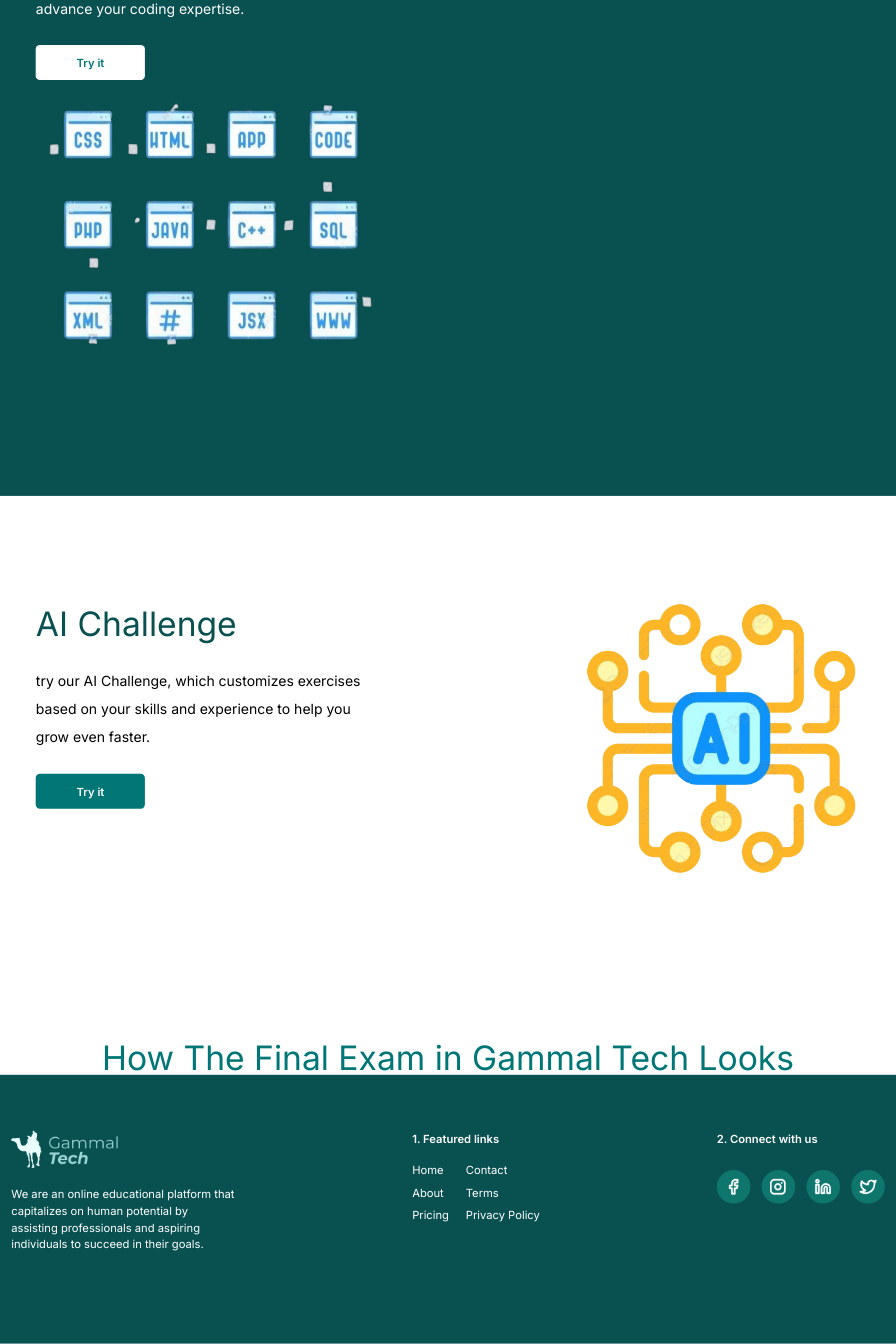
Repository: Ahmed77669/Internship-test
Page: /
The author's editor kept a copy of each file at every save. The page is drawn from the files as they stood at one save, then again after the next save.
The browser window is 1280 px wide. The pictures show the part of the page from y = 1288 to 3208 px (the page is 3208 px tall before and 3186 px after), at 70% of full size.
The project was rebuilt for these pictures with package versions that can differ from the ones it lists, and the page was loaded fresh each time. The framework's server and built-in components were replaced by stand-ins that run in the browser. Also part of the build but not shown: next.config.mjs.

Above is the page before, as saved 2024-10-13 20:03:55.

After the next save:
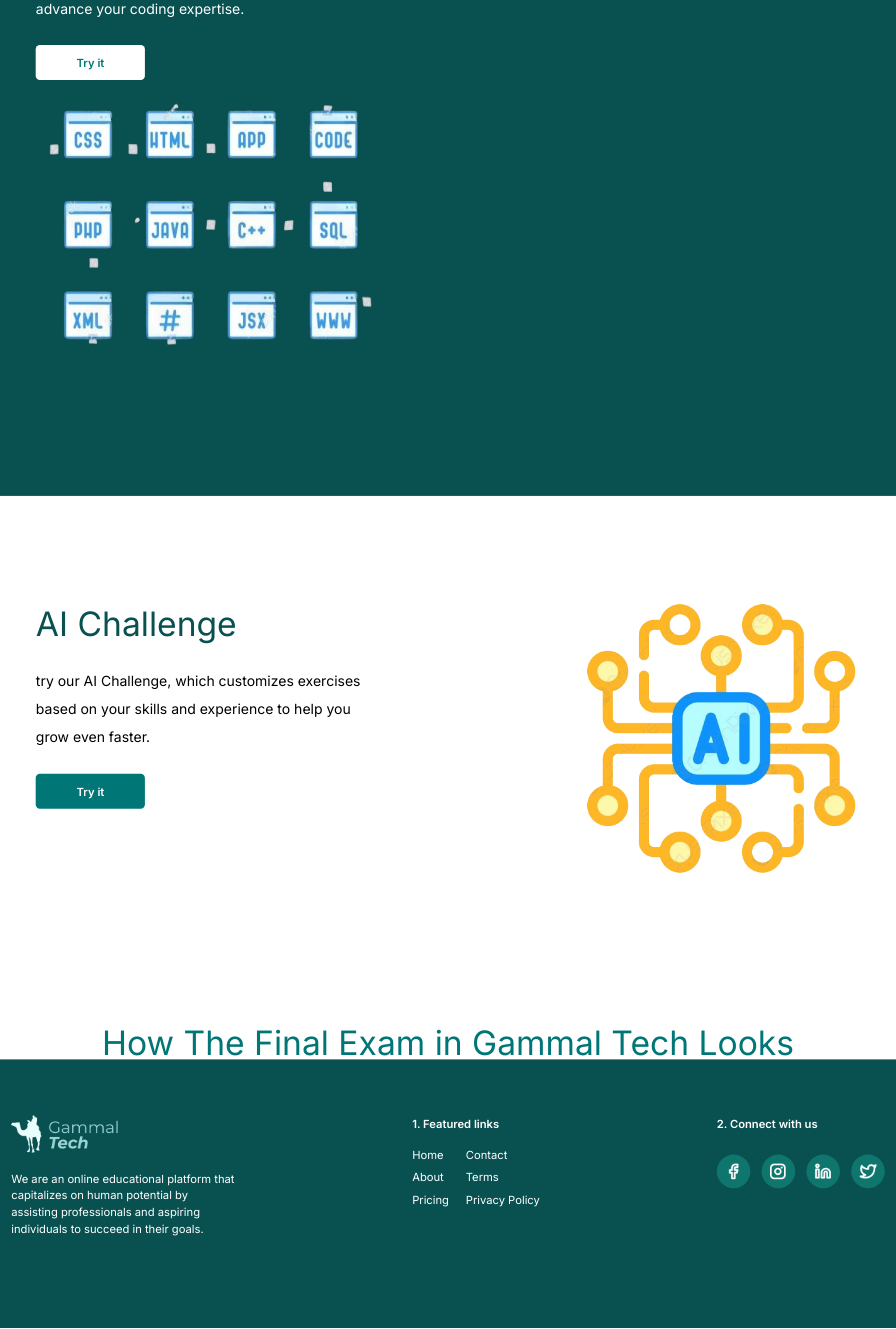
Saved 30 s later.
--- a/components/Home_1.tsx
+++ b/components/Home_1.tsx
@@ -73,7 +73,7 @@
         </div>
       </div>
 
-      <div className="w-[92%]  container mx-auto flex justify-between flex-wrap mb-[230px]">
+      <div className="w-[92%]  container mx-auto flex justify-between flex-wrap mb-52">
         <div className="w-[700px]">
           <div className="text-[#095051] text-5xl w-full leading-[60px]">
           AI Challenge
